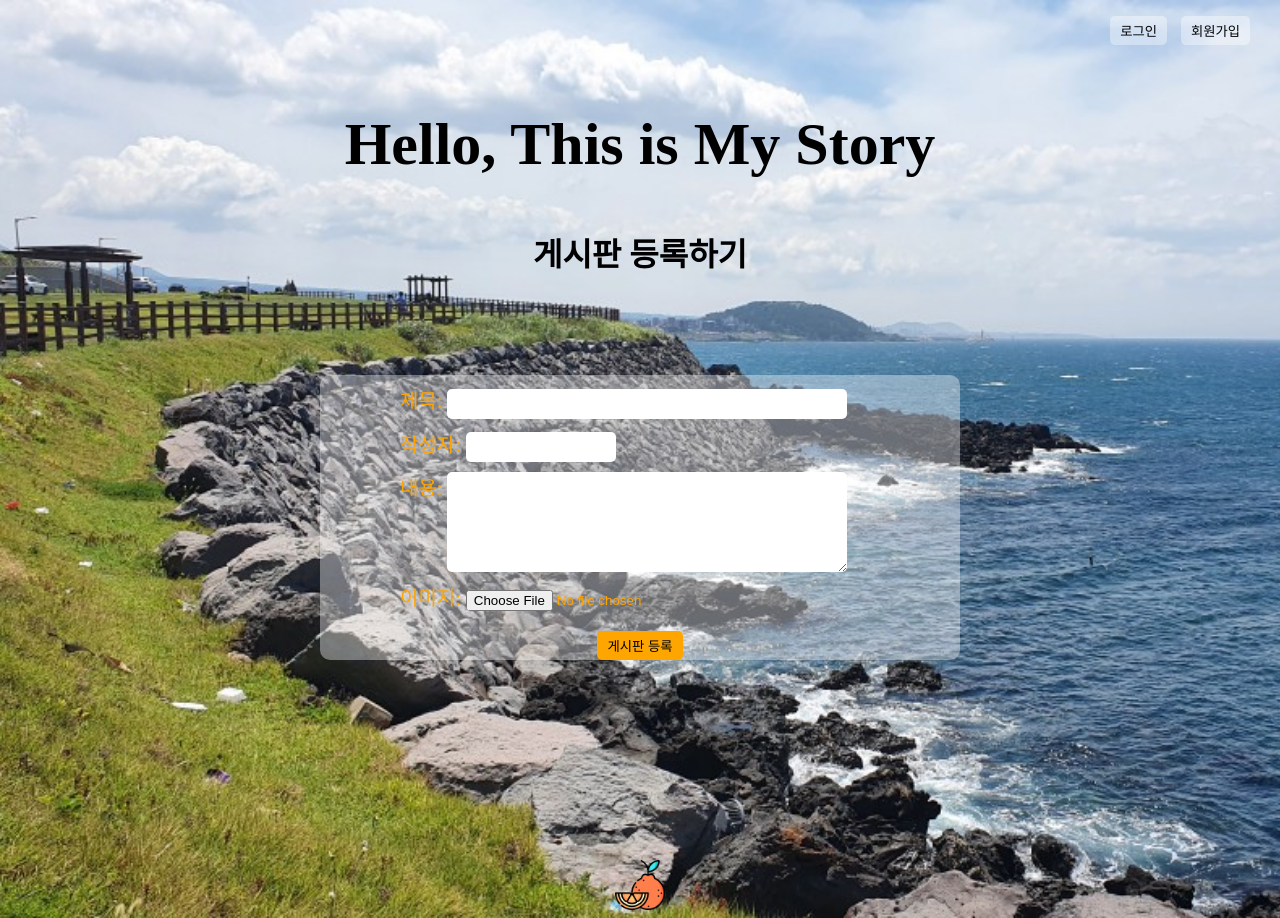
Repository: jeeniii/test2022_12_29
Page: http://localhost/portfolio/board/register.jsp
The author's editor kept a copy of each file at every save. The page is drawn from the files as they stood at one save, then again after the next save.
The browser window is 1280 px wide. The pictures show the whole page.
The page is served by Tomcat 9. The template is opened directly, without the code that normally fills it, so the values that code supplies are empty.

Above is the page before, as saved 2022-12-14 01:22:08.

After the next save:
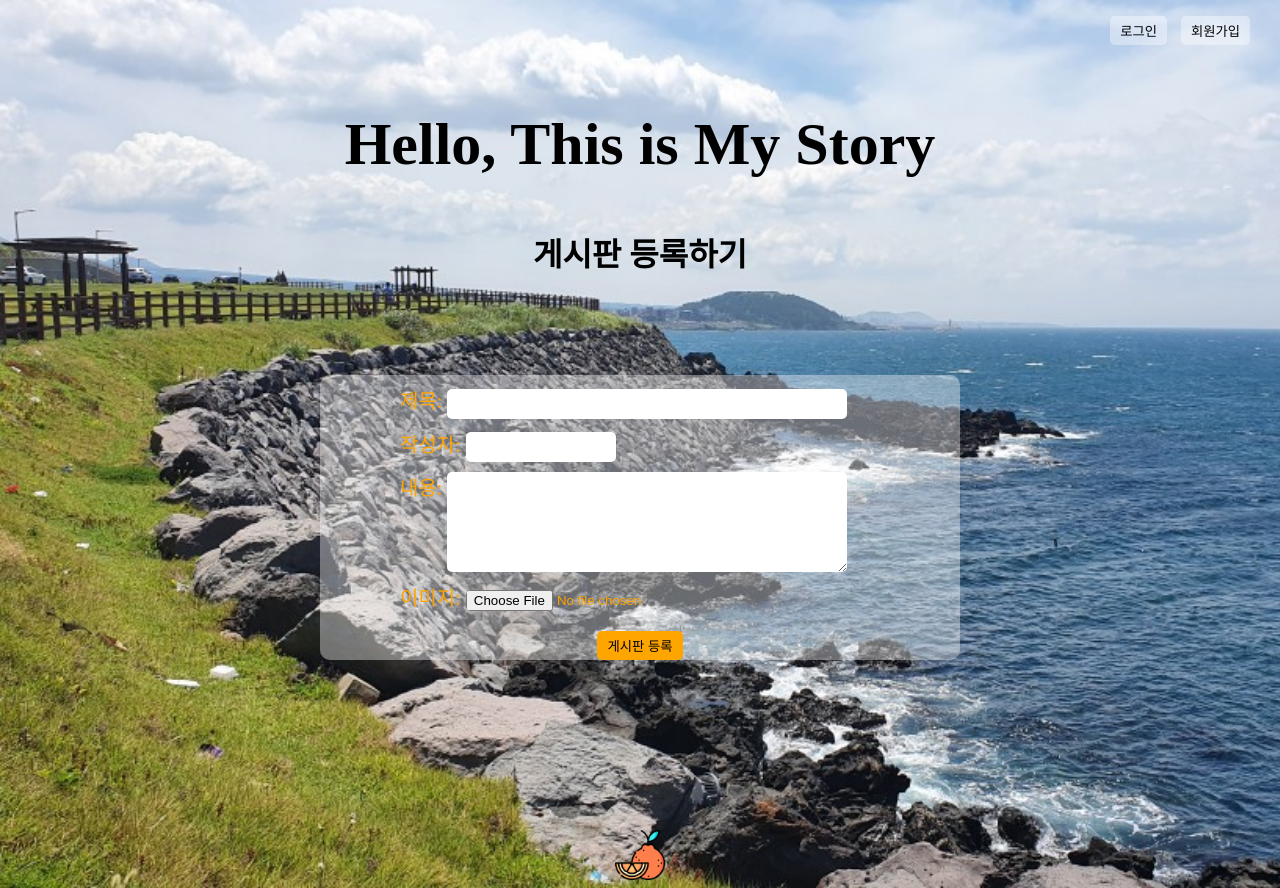
Saved 2 min 9 s later.
--- a/JSP_Portfolio/portfolio/src/main/webapp/resources/css/boardRegister.css
+++ b/JSP_Portfolio/portfolio/src/main/webapp/resources/css/boardRegister.css
@@ -21,7 +21,7 @@ h1{
 	background-color: rgba(255, 255, 255, 0.377);
 	border-radius: 10px;
 	margin-top: 100px;
-	margin-bottom:195px;
+	margin-bottom:165px;
 
 }
 .sub{
